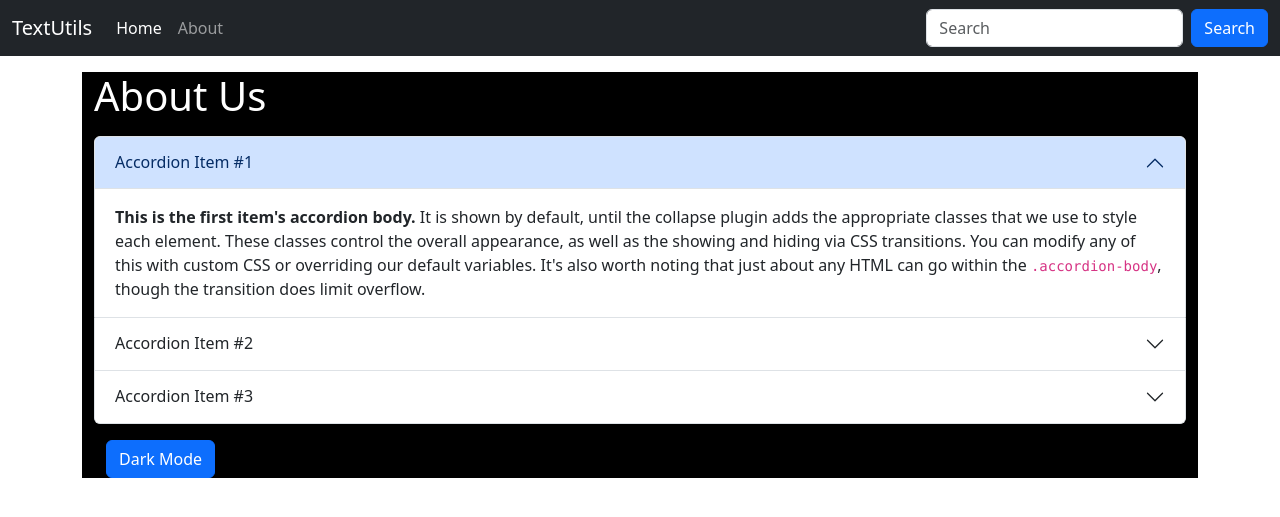
Repository: Rohit-foryou/Text-Utils
Page: /
The author's editor kept a copy of each file at every save. The page is drawn from the files as they stood at one save, then again after the next save.
The browser window is 1280 px wide. The pictures show the whole page.
The project was rebuilt for these pictures with package versions that can differ from the ones it lists, and the page was loaded fresh each time. Also part of the build but not shown: src/index.css, src/App.css.

Above is the page before, as saved 2023-12-20 22:13:30.

After the next save:
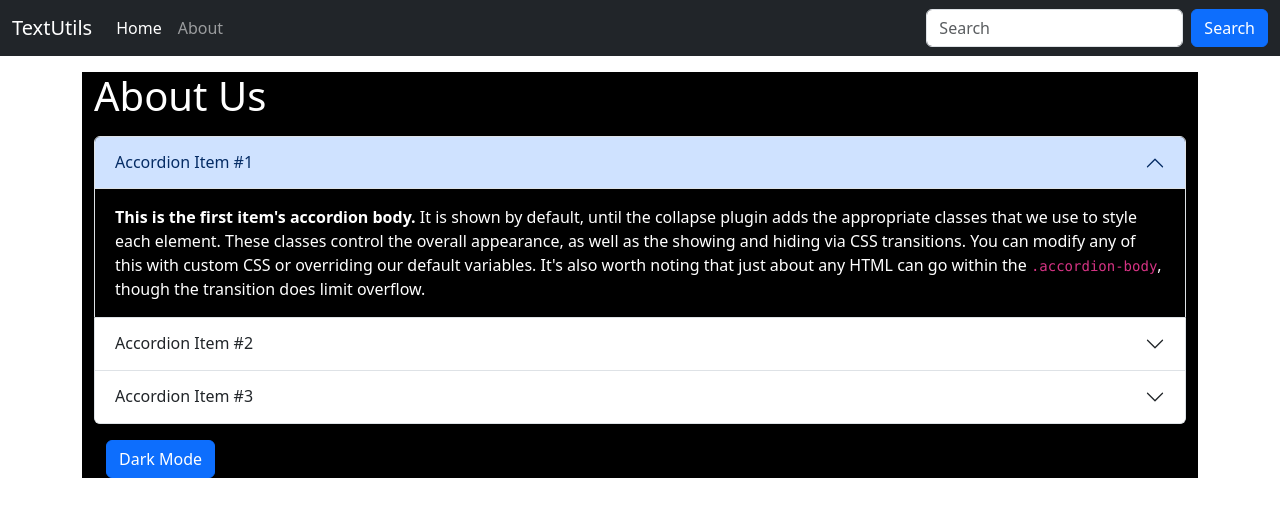
Saved 16 s later.
--- a/src/components/About.js
+++ b/src/components/About.js
@@ -10,7 +10,7 @@
     <div className='container' style={mystyle}>
         <h1 className = "my-3">About Us</h1>
       <div class="accordion" id="accordionExample">
-            <div class="accordion-item">
+            <div class="accordion-item" style={mystyle}>
                 <h2 class="accordion-header">
                 <button class="accordion-button" type="button" data-bs-toggle="collapse" data-bs-target="#collapseOne" aria-expanded="true" aria-controls="collapseOne">
                     Accordion Item #1

After the save that followed:
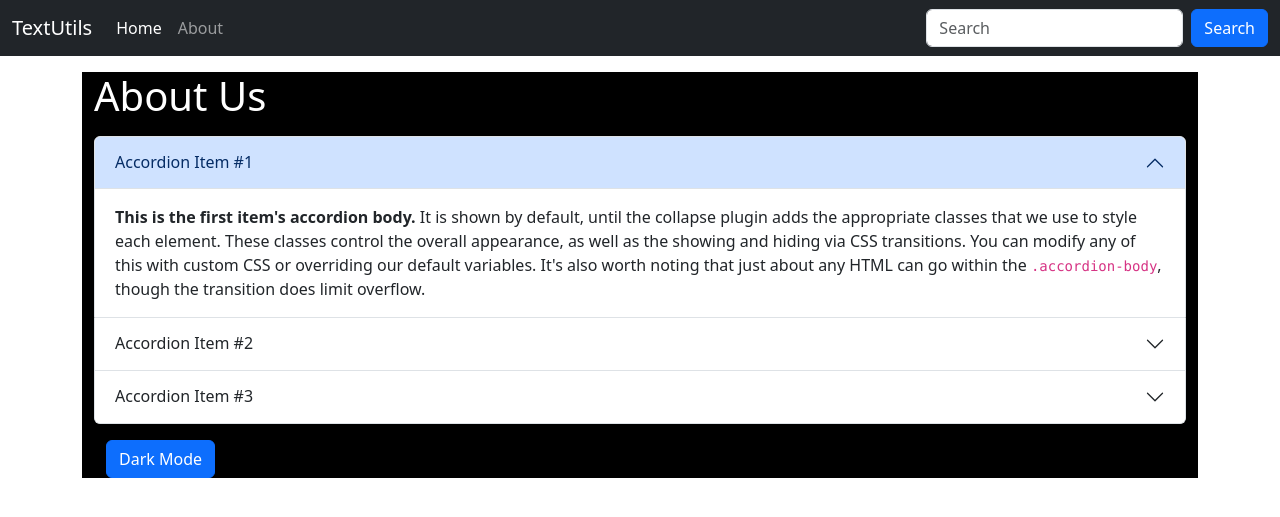
Saved 33 s later.
--- a/src/components/About.js
+++ b/src/components/About.js
@@ -9,8 +9,8 @@
   return (
     <div className='container' style={mystyle}>
         <h1 className = "my-3">About Us</h1>
-      <div class="accordion" id="accordionExample">
-            <div class="accordion-item" style={mystyle}>
+      <div class="accordion" id="accordionExample" style={mystyle}>
+            <div class="accordion-item">
                 <h2 class="accordion-header">
                 <button class="accordion-button" type="button" data-bs-toggle="collapse" data-bs-target="#collapseOne" aria-expanded="true" aria-controls="collapseOne">
                     Accordion Item #1
@@ -48,7 +48,7 @@
             </div>
         </div>
         <div className="container my-3">
-        <button type="button" class="btn btn-primary" >Dark Mode</button>
+        <button type="button" className="btn btn-primary" >Dark Mode</button>
         </div>
     </div>
   )
